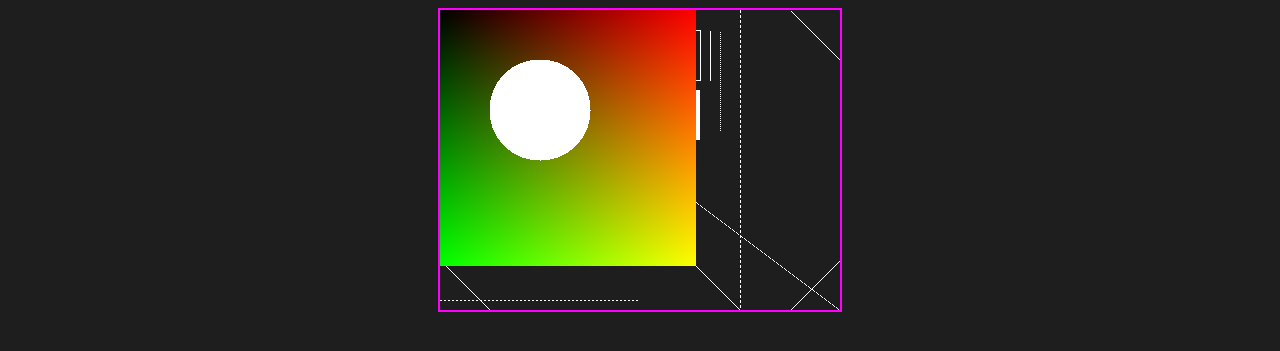
Repository: StarLightGX/miao
Page: paint.html
An editor plug-in stored every save of this project. The page is shown before and after the next save, followed by the edit.
The browser window is 1280 px wide. The pictures show the whole page.

Above is the page before, as saved 2020-11-13 16:50:57.

### paint.html
<!DOCTYPE html>
<html lang="en">
  <head>
    <meta charset="UTF-8" />
    <title>画图</title>
    <style>
      html {
        background-color: rgb(30, 30, 30);
      }
      canvas {
        border: 2px solid #f0f;
        display: block;
        margin: auto;
      }
    </style>
  </head>
  <body>
    <canvas width="400" height="300"></canvas>
  </body>
  <script>
    var canvas = document.querySelector("canvas");
    canvas.style.imageRendering = "pixelated";
    var ctx = canvas.getContext("2d");

    function dot(x, y, color = "white") {
      x = x | 0;
      y = y | 0;
      ctx.fillStyle = color;
      ctx.fillRect(x, y, 1, 1);
    }

    function line(x1, y1, x2, y2) {
      ctx.strokeStyle = "black";
      ctx.moveTo(x1, y1);
      ctx.lineTo(x2, y2);
      ctx.stroke();
    }
    /**
   * YOUR TASK
画图的题：
画一条实线
画一条一个实点一个空点的虚线
画一条两个实点两个空点的虚线
画一条三个实点两个空点的虚线
画一条45度的斜线
画一条30度的斜线（选做）
在四个角画分别画一条45度的斜线以让画面看起来像一个相框
画一条跨越画布左上角和右下角的对角线
画一个空心矩形
画一个实心矩形
画一个rgb色彩空间的某一面
画一个空心的圆
画一个实心的圆
画一个大小合适的sin(x)的图像
   */
  </script>
  <script>
    // YOUR CODE GOES BELOW
    var x = 1;
    var y = 1;
    var i = 0;

    // 画一条实线
    y = 20;
    for (i = 0; i < 50; i++) {
      y = y + 1;
      x = 270;
      dot(x, y);
    }

    // 画一条一个实点一个空点的虚线
    y = 20;
    for (i = 0; i < 50; i++) {
      y = y + 2;
      x = 280;
      dot(x, y);
    }

    // 画一条两个实点两个空点的虚线
    for (var x = 0; x < 200; x++) {
      if (x % 4 < 2) {
        dot(x, 290);
      }
    }

    // for (i = 0; i < 50; i++) {
    //   y = 4 * (i + 1);
    //   x = 290;
    //   dot(x, y);
    // }

    // for (i = 0; i < 50; i++) {
    //   y = 4 * (i + 1) + 1;
    //   x = 290;
    //   dot(x, y);
    // }

    // 画一条三个实点两个空点的虚线

    for (i = 0; i < 100; i++) {
      y = 5 * (i + 1);
      x = 300;
      dot(x, y - 10);
    }

    for (i = 0; i < 100; i++) {
      y = 5 * (i + 1) + 1;
      x = 300;
      dot(x, y - 10);
    }

    for (i = 0; i < 100; i++) {
      y = 5 * (i + 1) + 2;
      x = 300;
      dot(x, y - 10);
    }

    // 画一条45度的斜线
    y = 0;
    for (i = 0; i < 1050; i++) {
      y = y + 1;
      x = y;
      dot(x, y);
    }
    // 画一条30度的斜线（选做）
    for (var x = 0; x < 200; x++) {
      var y = x / Math.sqrt(3);
      dot(x, y);
    }

    // 在四个角画分别画一条45度的斜线以让画面看起来像一个相框
    y = 0;
    for (i = 0; i < 1050; i++) {
      y = y + 1;
      x = y;
      dot(x - 250, y);
    }
    y = 0;
    for (i = 0; i < 1050; i++) {
      y = y + 1;
      x = y;
      dot(x + 350, y);
    }
    y = 0;
    for (i = 0; i < 1050; i++) {
      y = y + 1;
      x = -y;
      dot(x + 50, y);
    }
    y = 0;
    for (i = 0; i < 1050; i++) {
      y = y + 1;
      x = -y;
      dot(x + 650, y);
    }

    // 画一条跨越画布左上角和右下角的对角线
    y = 0;
    for (i = 0; i < 500; i++) {
      y = y + 1;
      x = (4 / 3) * y;
      dot(x, y);
    }
    // 画一个空心矩形
    y = 20;
    for (i = 0; i < 50; i++) {
      y = y + 1;
      x = 260;
      dot(x, y);
    }
    y = 20;
    for (i = 0; i < 50; i++) {
      y = y + 1;
      x = 230;
      dot(x, y);
    }
    y = 20;
    for (i = 0; i < 31; i++) {
      y = y + 1;
      x = 30;
      dot(y + 209, x - 10);
    }
    y = 20;
    for (i = 0; i < 31; i++) {
      y = y + 1;
      x = 30;
      dot(y + 209, x + 40);
    }
    // 画一个实心矩形

    for (x = 230; x < 260; x++) {
      for (y = 80; y < 130; y++) {
        dot(x, y);
      }
    }

    // 画一个rgb色彩空间的某一面
    for (x = 0; x < 256; x++) {
      for (y = 0; y < 256; y++) {
        dot(x, y, "rgb" + "(" + x + "," + y + "," + 0 + ")");
      }
    }
    // 画一个空心的圆
    for (var r = 50; r >= 0; r--) {
      for (x = -r; x < r; x = x + 0.1) {
        y = Math.sqrt(r * r - x * x);
        dot(x + 100, y + 100);
        dot(x + 100, -y + 100);
      }
      for (y = -r; y < r; y = y + 0.1) {
        x = Math.sqrt(r * r - y * y);
        dot(x + 100, y + 100);
        dot(-x + 100, y + 100);
      }
    }
    //  for (var theta = 0; theta)
    // 画一个实心的圆

    // 画一个大小合适的sin(x)的图像
  </script>
</html>

After the next save:
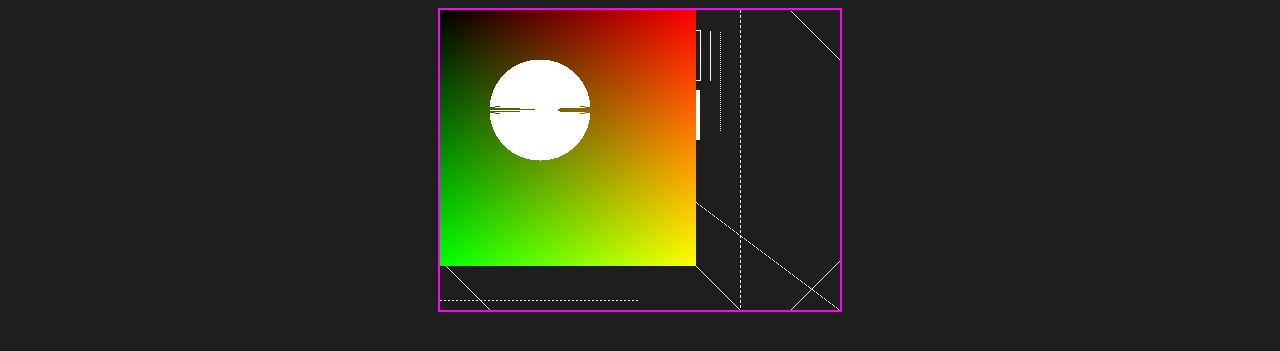
Saved 78 s later.
--- a/paint.html
+++ b/paint.html
@@ -207,11 +207,11 @@
         dot(x + 100, y + 100);
         dot(x + 100, -y + 100);
       }
-      for (y = -r; y < r; y = y + 0.1) {
-        x = Math.sqrt(r * r - y * y);
-        dot(x + 100, y + 100);
-        dot(-x + 100, y + 100);
-      }
+      // for (y = -r; y < r; y = y + 0.1) {
+      //   x = Math.sqrt(r * r - y * y);
+      //   dot(x + 100, y + 100);
+      //   dot(-x + 100, y + 100);
+      // }
     }
     //  for (var theta = 0; theta)
     // 画一个实心的圆

After the save that followed:
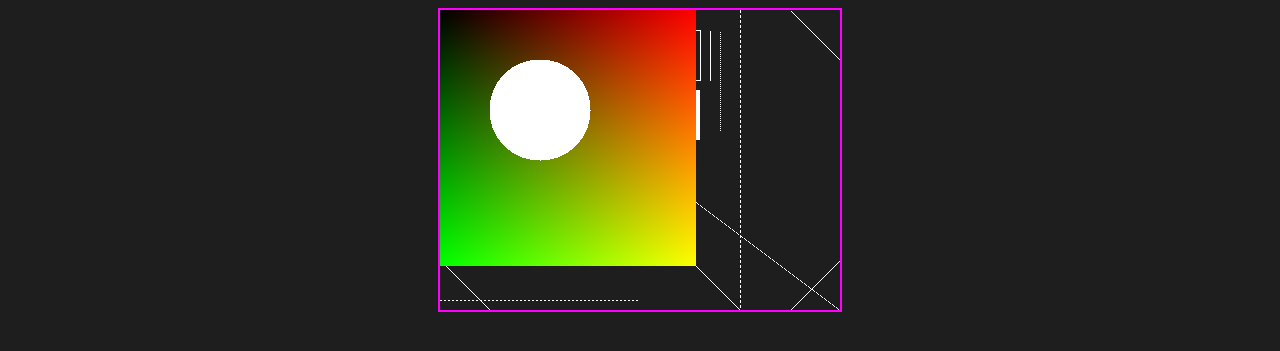
Saved 10 s later.
--- a/paint.html
+++ b/paint.html
@@ -207,11 +207,11 @@
         dot(x + 100, y + 100);
         dot(x + 100, -y + 100);
       }
-      // for (y = -r; y < r; y = y + 0.1) {
-      //   x = Math.sqrt(r * r - y * y);
-      //   dot(x + 100, y + 100);
-      //   dot(-x + 100, y + 100);
-      // }
+      for (y = -r; y < r; y = y + 0.1) {
+        x = Math.sqrt(r * r - y * y);
+        dot(x + 100, y + 100);
+        dot(-x + 100, y + 100);
+      }
     }
     //  for (var theta = 0; theta)
     // 画一个实心的圆
